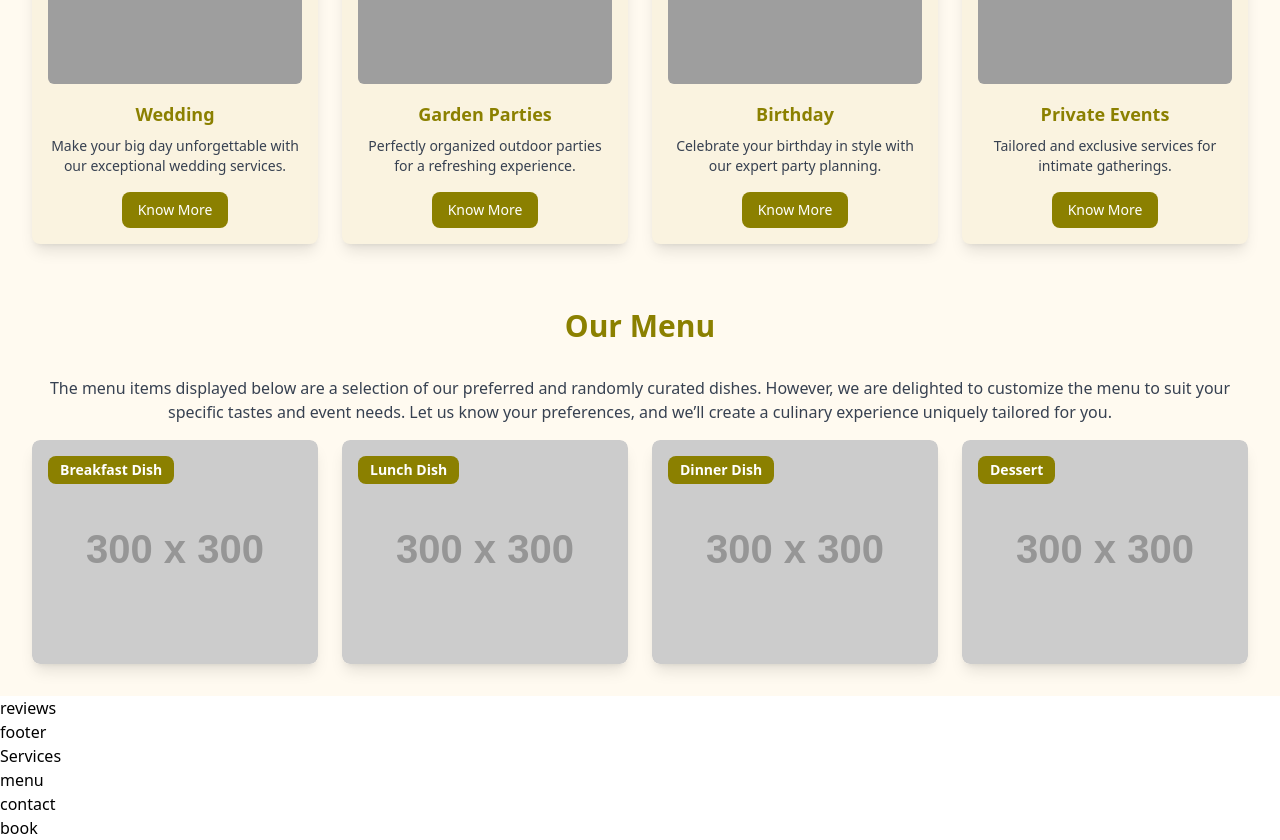
Repository: makanda596/compactchef
Page: /menu
An editor plug-in stored every save of this project. The page is shown before and after the next save, followed by the edit.
The browser window is 1280 px wide. The pictures show the part of the page from y = 2332 to 3284 px (the page is 3172 px tall before and 3284 px after).
Pictures or frames that could not be fetched are drawn as grey boxes. The project was rebuilt for these pictures with package versions that can differ from the ones it lists, and the page was loaded fresh each time.

Above is the page before, as saved 2025-01-08 07:54:25.

### public/index.html
<!DOCTYPE html>
<html lang="en">
  <head>
    <meta charset="utf-8" />
    <link rel="icon" href="./logo.jpg" />
    <meta name="viewport" content="width=device-width, initial-scale=1" />

    <link rel="apple-touch-icon" href="./logo.jpg" />


    <title>CompactChef Events</title>
  </head>
  <body>
    <div id="root"></div>
  </body>
</html>

### src/pages/Home.jsx
import React from 'react'
import Hero from '../components/Hero.jsx'
import Client from '../components/Client.jsx'
import About from '../components/About.jsx'
import Reviews from '../components/Reviews.jsx'
import Footer from '../components/Footer.jsx'
import Navbar from '../components/Navbar.jsx'
function Home() {
    return (
        <div>
            <Navbar />
            <Hero />
            <Client />
            <About />
            <Reviews />
            <Footer />
        </div>
    )
}

export default Home

### src/pages/Services.jsx
import React from 'react'

function Services() {
    return (
        <div>
            Services
        </div>
    )
}

export default Services

### src/pages/Menu.jsx
import React from 'react'

function Menu() {
    return (
        <div>
            menu
        </div>
    )
}

export default Menu

### src/pages/Contact.jsx
import React from 'react'

function Contact() {
    return (
        <div>
            contact
        </div>
    )
}

export default Contact

### src/pages/Book.jsx
import React from 'react'

function Book() {
    return (
        <div>
            book
        </div>
    )
}

export default Book

### src/components/Hero.jsx
import React from 'react';
import event from '../assets/event.jpg'
import cake from '../assets/cake.jpg'
function Hero() {
    const herofiles = [
        {
            id: 1,
        },
        {
            id: 1,
            img: "https://res.cloudinary.com/db5pgr14l/image/upload/v1736261948/compactChef/jexwbm6cu6letodrhwga.jpg"
        },
        {
            id: 1,
            img: "https://res.cloudinary.com/db5pgr14l/image/upload/v1736261950/compactChef/pmne88kacyveovx5736t.jpg"
        },
        {
            id: 1,
        }
        ,
        {
            id: 1,
            img: event
        },
        {
            id: 1,
        },
        {
            id: 1,
        },


    ]
    return (

        <div className="grid md:grid-cols-2 gap-4 my-2 px-2 pt-20">
            <div className="relative flex flex-col h-screen">
                <img src="https://res.cloudinary.com/db5pgr14l/image/upload/v1736261950/compactChef/qpq1t8gpht4m4uktjvhd.jpg" alt="Hero" className="object-cover w-full h-full" />
                <div className="absolute top-0 left-0 w-full h-full bg-yellow-500 bg-opacity-20 flex flex-col justify-center items-center text-white p-8">
                    <h1 className="text-4xl font-bold text-center text-white">COMPACT CHEFS EVENTS AND CATERERS</h1>
                    <p className="mt-4 text-3xl text-center">Where your food speaks for your taste</p>
                    <button className="mt-6 bg-orange-500 px-6 py-2 rounded text-white-500 hover:bg-gray-700">BOOK WITH US</button>
                </div>
            </div>

            <div className="gap-4 p-12">
                <div className="grid grid-cols-4 gap-4 mb-4">
                    {herofiles.slice(0, 4).map((item, index) => (
                        <img
                            src={item.img}
                            alt=""
                            key={index}
                            className="h-64 w-full rounded-lg object-cover"
                        />
                    ))}
                </div>

                <div className="grid grid-cols-3 gap-4 mb-4">
                    {herofiles.slice(4, 7).map((item, index) => (
                        <img
                            src={item.img}
                            alt=""
                            key={index}
                            className="h-64 w-full rounded-lg object-cover"
                        />
                    ))}
                </div>

                <div className="grid grid-cols-4 gap-4">
                    {herofiles.slice(7, 11).map((item, index) => (
                        <img
                            src={item.img}
                            alt=""
                            key={index}
                            className="h-64 w-full rounded-lg object-cover"
                        />
                    ))}
                </div>
            </div>



        </div>
    );
}

export default Hero;

### src/components/Client.jsx
import React from 'react'

import hero from '../assets/hero.jpg';
import event from '../assets/event.jpg'
import cake from '../assets/cake.jpg'
function Client() {
    const clients = [
        {
            id: 1,
            img: hero,
            name: 'organization'
        },
        {
            id: 1,
            img: cake,
            name: 'organization'

        },
        {
            id: 1,
            img: event,
            name: 'organization'

        },
        {
            id: 1,
            img: hero,
            name: 'organization'

        }
        ,
        {
            id: 1,
            img: event,
            name: 'organization'

        },
        {
            id: 1,
            img: hero,


        },
        {
            id: 1,
            img: hero
        },


    ]
    return (
        <div className="px-4 py-0">
            <div className="overflow-hidden">
                <div className="flex animate-slide  ">
                    {clients.map((client, index) => (
                        <div key={index} className=" flex-row  justify-items-center mx-2 ">
                            <img
                                src={client.img}
                                alt={client.name}
                                className="h-20 w-20 rounded-full object-cover"
                            />
                            <p className="ml-4 text-lg ">{client.name}</p>
                        </div>
                    ))}
                </div>
            </div>
        </div>

    )
}

export default Client

### src/components/About.jsx
import React from 'react';
function About() {
    const menuItems = [
        {
            title: "Breakfast Dish",
            image: "https://via.placeholder.com/300", // Replace with actual image URL
            downloadLink: "https://res.cloudinary.com/db5pgr14l/raw/upload/v1736311737/ugenya_menu_eanlxs.docx", // Replace with actual document link
        },
        {
            title: "Lunch Dish",
            downloadLink: "https://res.cloudinary.com/db5pgr14l/raw/upload/v1736311737/ugenya_menu_eanlxs.docx", // Replace with actual document link
            image: "https://via.placeholder.com/300", // Replace with actual image URL
        },
        {
            title: "Dinner Dish",
            downloadLink: "https://res.cloudinary.com/db5pgr14l/raw/upload/v1736311737/ugenya_menu_eanlxs.docx", // Replace with actual document link
            image: "https://via.placeholder.com/300", // Replace with actual image URL
        },
        {
            title: "Dessert",
            downloadLink: "https://res.cloudinary.com/db5pgr14l/raw/upload/v1736311737/ugenya_menu_eanlxs.docx", // Replace with actual document link
            image: "https://via.placeholder.com/300", // Replace with actual image URL
        },
    ];
    const services = [
        {
            name: "Event Planning",
            description: "Professional planning for all types of events, ensuring every detail is perfect.",
            image: "https://res.cloudinary.com/db5pgr14l/image/upload/v1736264342/compactChef/a8jba9dz0qq0wnfzacjg.jpg", // Replace with actual image URL
        },
        {
            name: "Catering Services",
            description: "Delicious and tailored menu options for your special occasions.",
            image: "https://via.placeholder.com/150", // Replace with actual image URL
        },
        {
            name: "Corporate Events",
            description: "Elegant and professional services for your corporate gatherings.",
            image: "https://res.cloudinary.com/db5pgr14l/image/upload/v1736264671/compactChef/rzduwk5ix2dmgjv1m0at.jpg", // Replace with actual image URL
        },
        {
            name: "Baby Shower",
            description: "Create a magical and memorable baby shower experience.",
            image: "https://res.cloudinary.com/db5pgr14l/image/upload/v1736265389/baby_gkvigb.jpg"
        },
        {
            name: "Wedding",
            description: "Make your big day unforgettable with our exceptional wedding services.",
            image: "https://res.cloudinary.com/db5pgr14l/image/upload/v1736265751/wedding_nfkcue.jpg", // Replace with actual image URL
        },
        {
            name: "Garden Parties",
            description: "Perfectly organized outdoor parties for a refreshing experience.",
            image: "https://unsplash.com/photos/a-table-outside-with-a-pot-and-pan-on-it-LySh239_yAY",
        },
        {
            name: "Birthday",
            description: "Celebrate your birthday in style with our expert party planning.",
            image: "https://res.cloudinary.com/db5pgr14l/image/upload/v1736261948/compactChef/jexwbm6cu6letodrhwga.jpg", // Replace with actual image URL
        },
        {
            name: "Private Events",
            description: "Tailored and exclusive services for intimate gatherings.",
            image: "https://res.cloudinary.com/db5pgr14l/image/upload/v1736264937/babyshower_vodjfd.jpg", // Replace with actual image URL
        },
    ];
    const teamMembers = [
        {
            name: "John Doe",
            position: "Head Chef",
            image: "https://via.placeholder.com/150", // Replace with actual image URL
        },
        {
            name: "Jane Smith",
            position: "Event Coordinator",
            image: "https://via.placeholder.com/150", // Replace with actual image URL
        },
        {
            name: "Alice Johnson",
            position: "Pastry Chef",
            image: "https://res.cloudinary.com/db5pgr14l/image/upload/v1736264937/babyshower_vodjfd.jpg", // Replace with actual image URL
        },
    ];

    return (
        <div>
            {/* About Section */}
            <section className="flex flex-wrap items-center justify-between p-8 mt-4 bg-[#f5f5dc]">
                {/* Left Side (Image) */}
                <div className="w-full md:w-1/2 mb-4 md:mb-0">
                    <img
                        src="https://res.cloudinary.com/db5pgr14l/image/upload/v1736261958/compactChef/rbllj9bnxq8yzdbe9cdw.jpg"
                        alt="Compact Chef Events and Caterers"
                        className="w-full h-96 rounded-lg object-contain"
                    />
                </div>

                {/* Right Side (Content) */}
                <div className="w-full md:w-1/2 md:pl-8">
                    <h2 className="text-2xl md:text-3xl font-bold text-[#8b8000] mb-4">
                        About Compact Chef Events and Caterers
                    </h2>
                    <p className="text-base md:text-lg text-gray-700 mb-4">
                        Compact Chef Events and Caterers specializes in delivering exceptional culinary experiences for all types of events. Whether you're hosting an intimate gathering, a corporate event, or a large celebration, we bring the finest food and hospitality to your occasion. Our team of expert chefs and event planners ensure that every detail is handled with care to make your event a memorable one.
                    </p>
                    <p className="text-base md:text-lg text-gray-700 mb-6">
                        From exquisite menu options to flawless event execution, we pride ourselves on providing personalized services that cater to your specific needs. Let us take care of the catering, so you can enjoy your event stress-free.
                    </p>

                    <a
                        href="#contact"
                        className="bg-[#8b8000] text-white py-2 px-6 rounded-lg text-lg hover:bg-[#a08d00] transition-colors duration-300"
                    >
                        Contact Us
                    </a>
                </div>
            </section>

            {/* Our Team Section */}
            <section className="p-8 bg-[#fffaf0]">
                <h2 className="text-3xl font-bold text-[#8b8000] text-center mb-8">Our Team</h2>
                <div className="grid grid-cols-1 sm:grid-cols-2 md:grid-cols-3 gap-6">
                    {teamMembers.map((member, index) => (
                        <div
                            key={index}
                            className="flex flex-col items-center bg-[#faf3e0] p-4 rounded-lg shadow-lg"
                        >
                            <img
                                src={member.image}
                                alt={member.name}
                                className="w-32 h-32 object-cover rounded-full mb-4"
                            />
                            <h3 className="text-lg font-bold text-[#8b8000]">{member.name}</h3>
                            <p className="text-sm text-gray-700">{member.position}</p>
                        </div>
                    ))}
                </div>
            </section>
            <section className="p-8 bg-[#fffaf0]">
                <h2 className="text-3xl font-bold text-[#8b8000] text-center mb-8">Our Services</h2>
                <div className="grid grid-cols-2 sm:grid-cols-2 md:grid-cols-3 lg:grid-cols-4 gap-6">
                    {services.map((service, index) => (
                        <div
                            key={index}
                            className="flex flex-col items-center bg-[#faf3e0] p-4 rounded-lg shadow-lg"
                        >
                            <img
                                src={service.image}
                                alt={service.name}
                                className="w-full h-32 object-cover rounded-md mb-4"
                            />
                            <h3 className="text-lg font-bold text-[#8b8000] mb-2">{service.name}</h3>
                            <p className="text-sm text-gray-700 mb-4 text-center">{service.description}</p>
                            <button className="bg-[#8b8000] text-white py-2 px-4 rounded-lg text-sm hover:bg-[#a08d00] transition-colors duration-300">
                                Know More
                            </button>
                        </div>
                    ))}
                </div>
            </section>
            <section className="p-8 bg-[#fffaf0]">
                <h2 className="text-3xl font-bold text-[#8b8000] text-center mb-8">Our Menu</h2>
                <p className="text-center mb-4 text-gray-700">
                    The menu items displayed below are a selection of our preferred and randomly curated dishes. However, we are delighted to customize the menu to suit your specific tastes and event needs. Let us know your preferences, and we’ll create a culinary experience uniquely tailored for you.
                </p>
                <div className="grid grid-cols-1 sm:grid-cols-2 md:grid-cols-3 lg:grid-cols-4 gap-6">
                    {menuItems.map((item, index) => (
                        <div
                            key={index}
                            className="relative group overflow-hidden rounded-lg shadow-lg"
                        >
                            <img
                                src={item.image}
                                alt={item.title}
                                className="w-full h-56 object-cover rounded-lg"
                            />
                            <div className="absolute inset-0 bg-black bg-opacity-40 flex flex-col items-center justify-center opacity-0 group-hover:opacity-100 transition-opacity duration-300">
                                <h3 className="text-xl font-bold text-white mb-2">{item.title}</h3>
                                <a
                                    href={item.downloadLink} // Download link for each item
                                    download
                                    className="bg-[#8b8000] text-white py-1 px-4 rounded-lg text-sm hover:bg-[#a08d00] transition-colors duration-300"
                                >
                                    Download Menu
                                </a>
                            </div>
                            <div className="absolute top-4 left-4 bg-[#8b8000] text-white py-1 px-3 rounded-lg text-sm font-semibold">
                                {item.title}
                            </div>
                        </div>
                    ))}
                </div>
            </section>


        </div>
    );
}

export default About;

### src/components/Reviews.jsx
import React from 'react'

function Reviews() {
    return (
        <div>
            reviews

        </div>
    )
}

export default Reviews

### src/components/Footer.jsx
import React from 'react'

function Footer() {
    return (
        <div>
            footer
        </div>
    )
}

export default Footer

Loaded but not shown: src/index.js (common file); src/index.css (common file); src/reportWebVitals.js (common file); tailwind.config.js (25 lines, source omitted); src/App.js (18 lines, source omitted); src/components/Navbar.jsx (104 lines, source omitted)

After the next save:
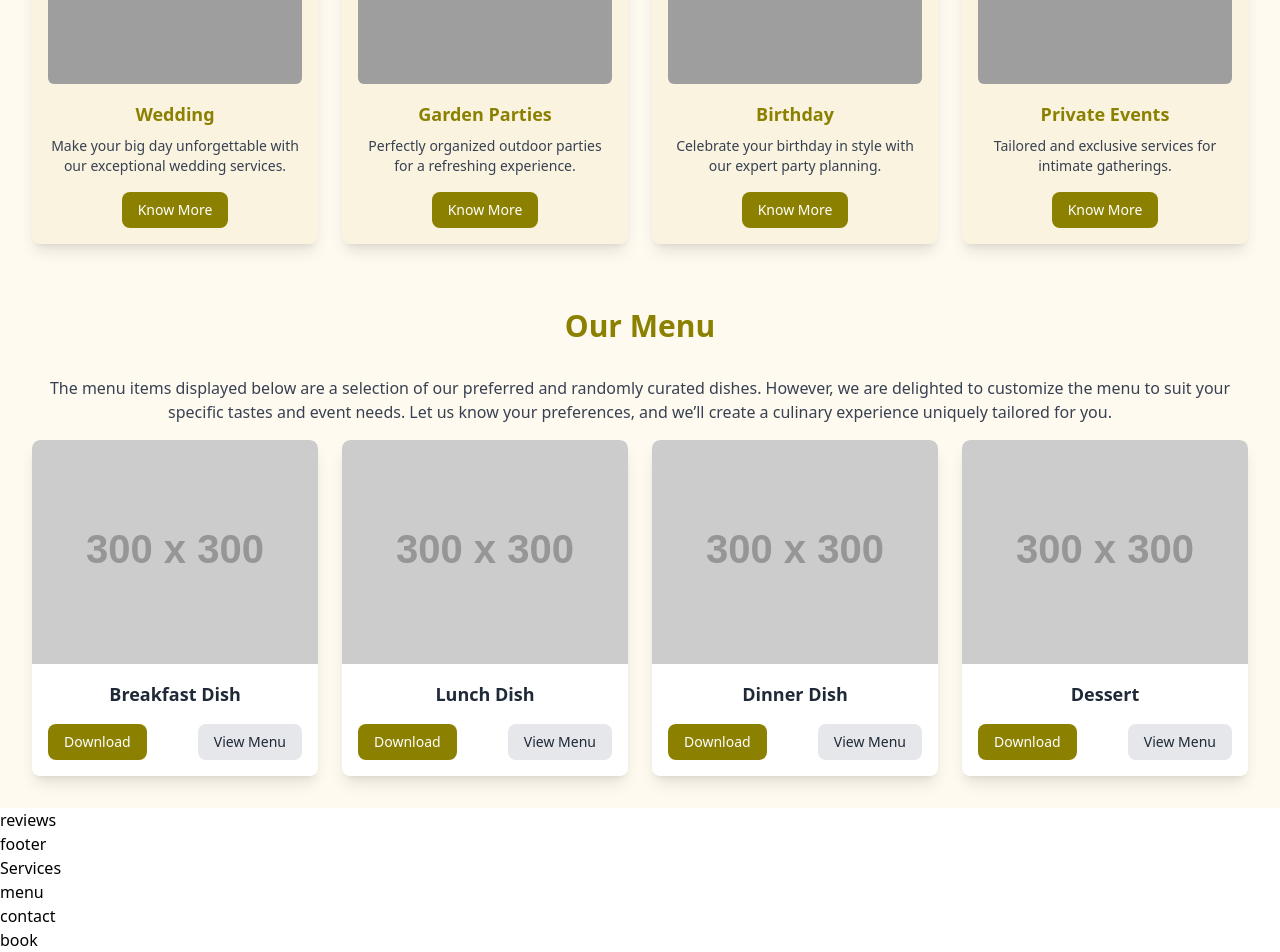
Saved 7 min 8 s later.
--- a/src/components/About.jsx
+++ b/src/components/About.jsx
@@ -167,25 +167,37 @@ function About() {
                     {menuItems.map((item, index) => (
                         <div
                             key={index}
-                            className="relative group overflow-hidden rounded-lg shadow-lg"
+                            className="relative group overflow-hidden rounded-lg shadow-lg bg-white flex flex-col justify-between"
                         >
+                            {/* Item Image */}
                             <img
                                 src={item.image}
                                 alt={item.title}
-                                className="w-full h-56 object-cover rounded-lg"
+                                className="w-full h-56 object-cover rounded-t-lg"
                             />
-                            <div className="absolute inset-0 bg-black bg-opacity-40 flex flex-col items-center justify-center opacity-0 group-hover:opacity-100 transition-opacity duration-300">
-                                <h3 className="text-xl font-bold text-white mb-2">{item.title}</h3>
+
+                            {/* Title */}
+                            <h3 className="text-lg font-bold text-center text-gray-800 mt-4">
+                                {item.title}
+                            </h3>
+
+                            {/* Buttons */}
+                            <div className="flex justify-between p-4">
                                 <a
-                                    href={item.downloadLink} // Download link for each item
+                                    href={item.downloadLink} // Download link
                                     download
-                                    className="bg-[#8b8000] text-white py-1 px-4 rounded-lg text-sm hover:bg-[#a08d00] transition-colors duration-300"
+                                    className="bg-[#8b8000] text-white py-2 px-4 rounded-lg text-sm hover:bg-[#a08d00] transition-colors duration-300"
                                 >
-                                    Download Menu
+                                    Download
                                 </a>
-                            </div>
-                            <div className="absolute top-4 left-4 bg-[#8b8000] text-white py-1 px-3 rounded-lg text-sm font-semibold">
-                                {item.title}
+                                <a
+                                    href={item.viewLink} // View menu link
+                                    target="_blank"
+                                    rel="noopener noreferrer"
+                                    className="bg-gray-200 text-gray-800 py-2 px-4 rounded-lg text-sm hover:bg-gray-300 transition-colors duration-300"
+                                >
+                                    View Menu
+                                </a>
                             </div>
                         </div>
                     ))}
@@ -193,6 +205,7 @@ function About() {
             </section>
 
 
+
         </div>
     );
 }
